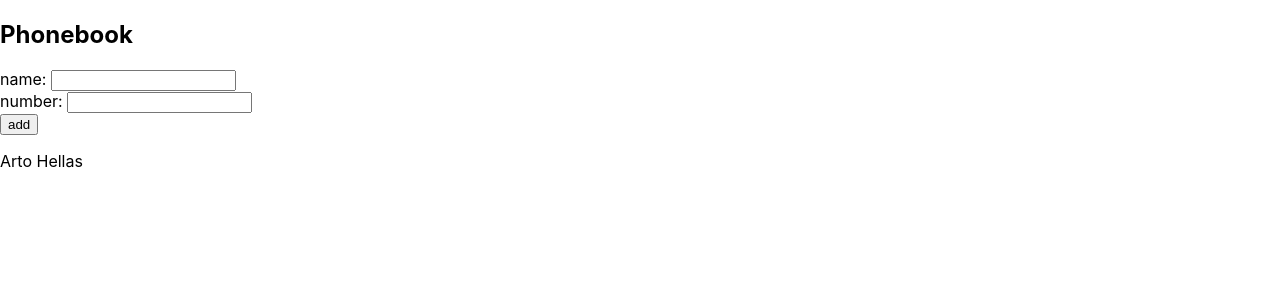
Repository: 0101chaitanya/phonebook-front
Page: /
The author's editor kept a copy of each file at every save. The page is drawn from the files as they stood at one save, then again after the next save.
The browser window is 1280 px wide. The pictures show the whole page.
The project was rebuilt for these pictures with package versions that can differ from the ones it lists, and the page was loaded fresh each time.

Above is the page before, as saved 2021-09-19 17:33:45.

After the next save:
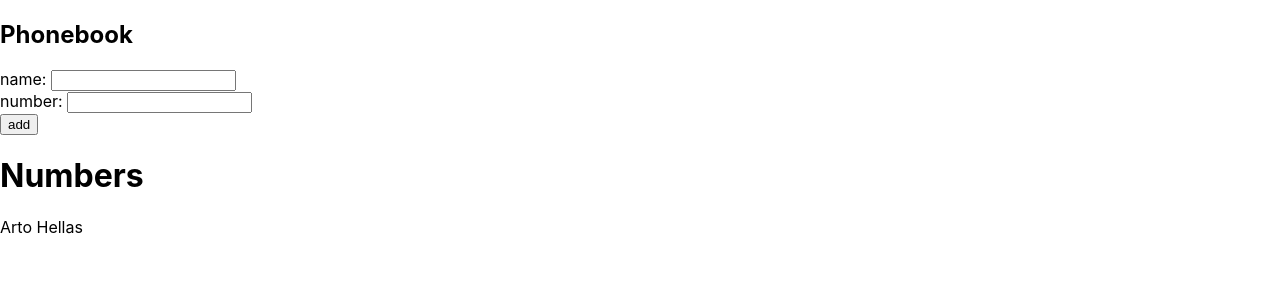
Saved 58 s later.
--- a/src/App.jsx
+++ b/src/App.jsx
@@ -57,6 +57,7 @@ const App = () => {
           <button type="submit">add</button>
         </div>
       </form>
+      <h1>Numbers</h1>
       <div>
         {persons.map((person) => {
           return (
